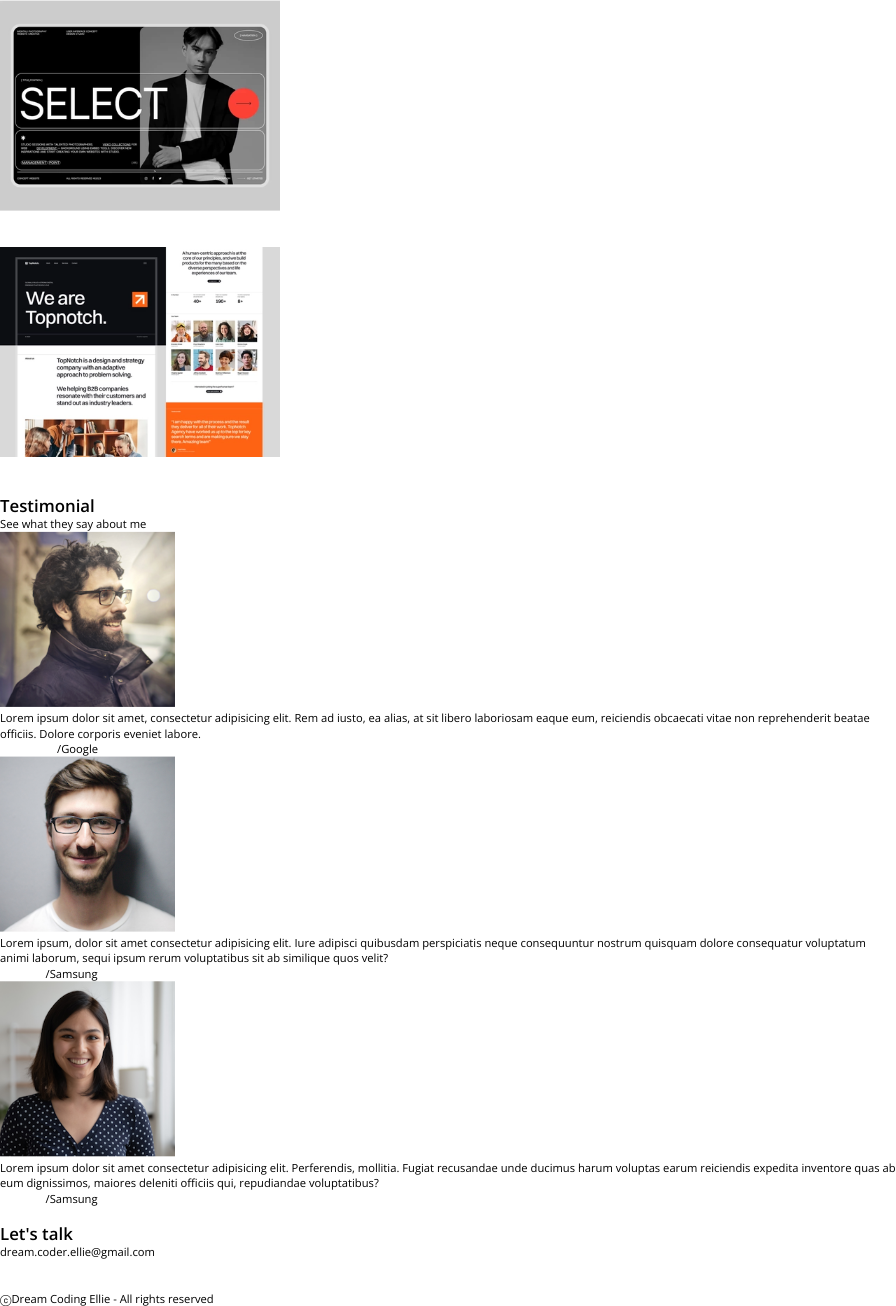
Repository: eggmoon/eggmoon_new
Page: index.html
An editor plug-in stored every save of this project. The page is shown before and after the next save, followed by the edit.
The browser window is 1280 px wide. The pictures show the part of the page from y = 3967 to 5887 px (the page is 5833 px tall before and 5887 px after), at 70% of full size.
Some web libraries are served in a nearby version.

Above is the page before, as saved 2025-02-26 11:16:40.

### index.html
<!DOCTYPE html>
<html lang="en">
  <head>
    <meta charset="UTF-8" />
    <meta http-equiv="X-UA-Compatible" content="IE=edge" />
    <meta name="viewport" content="width=device-width, initial-scale=1.0" />
    <!-- SEO -->
    <title>행정심판청구서 작성 가이드</title>
    <meta
      name="description"
      content="Portfolio for world-renowned software
    engineer Ellie"
    />
    <meta name="author" content="MScho" />
    <link rel="shortcut icon" href="images/favicon.ico" type="image/x-icon" />
    <!-- OG (Open Graph Data) -->
    <meta property="og:title" content="행정정심판청구서 작성 가이드" />
    <meta property="og:type" content="website" />
    <meta property="og:url" content="https://eggmoon.github.io/eggmoon/"/>
    <meta property="og:image" content="배포후에 생성된 이미지 URL" />
    <!-- Google Fonts -->
    <link rel="preconnect" href="https://fonts.googleapis.com" />
    <link rel="preconnect" href="https://fonts.gstatic.com" crossorigin />
    <link
      href="https://fonts.googleapis.com/css2?family=Open+Sans:wght@400;600&display=swap"
      rel="stylesheet"
    />
    <!-- Font Awesome -->
    <script
      src="https://kit.fontawesome.com/9eb162ac0d.js"
      crossorigin="anonymous"
    ></script>
    <!-- CSS -->
    <link rel="stylesheet" href="css/style.css" />
    <!-- Javascript -->
    <script src="src/main.js" defer></script>
  </head>
  <body>
    <!-- Header -->
    <header class="header">
      <div class="header__logo">
        <img class="header__logo__img" src="images/favicon.ico" alt="logo" />
        <h1 class="header__logo__title"><a href="#">조미성 행정사사무소</a></h1>
      </div>
      <nav>
        <ul class="header__menu">
          <li><a class="header__menu__item active" href="#home">작성 Flow</a></li>
          <li><a class="header__menu__item" href="#about">사실관계 확인</a></li>
          <li><a class="header__menu__item" href="#skills">법령 포섭</a></li>
          <li><a class="header__menu__item" href="#work">사실의 재구성</a></li>
          <li><a class="header__menu__item" href="#testimonial">비례의 원칙</a></li>
          <li><a class="header__menu__item" href="#contact">청구서 작성</a></li>
        </ul>
      </nav>
    </header>
    <!-- Main -->
    <main>
      <!-- Home -->
      <section id="home" class="section">
        <img class="home__logo" src="images/favicon.ico" alt="Ellie's profile" />
        <h2 class="home__title"><strong class="home__title--strong">행정심판청구서</strong> <br> 작성 가이드</h2>
        <p class="home__description">사실관계 확정과 비례의 원칙을 중심으로</p>
        <a class="home__contact" href="#contact">조미성 행정사사무소</a>
      </section>
      <!-- About -->
      <section id="about" class="sections">
        <h2 class="title">0. 작성 Flow</h2>
        <p>
          사실관계 및 법령의 확인
        </p>
        <ul>
          <li>
            <i class="fa-brands fa-html5"></i>
            <p>Front-end</p>
            <p>HTML, CSS, JavaScript, TypeScript, React, Vue, Web APIs</p>
          </li>
          <li>
            <i class="fa-solid fa-mobile"></i>
            <p>Mobile</p>
            <p>Android, iOS, React Navtive, Flutter, Java, Swift, Kotlin</p>
          </li>
          <li>
            <i class="fa-solid fa-server"></i>
            <p>Back-end</p>
            <p>Java, JavaScript, Go, NodeJs, Rest APIs, GraphQL</p>
          </li>
        </ul>
        <ul>
          <li>
            <img src="images/jobs/google.png" alt="google logo" />
            <div>
              <p>Google as Senior Software Engineer</p>
              <p>2019 Oct - Until now</p>
            </div>
          </li>
          <li>
            <img src="images/jobs/samsung.png" alt="samsung logo" />
            <div>
              <p>Samsung as Software Engineer</p>
              <p>2014 Sept - 2019 Oct</p>
            </div>
          </li>
        </ul>
      </section>
      <!-- Skills -->
      <section id="skills" class="sections">
        <h2 class="title">My Skills</h2>
        <p>Skills & Attributes</p>
        <p>
          Lorem ipsum dolor sit, amet consectetur adipisicing elit. Alias
          doloremque sint deleniti vel quod itaque molestias, suscipit dolor
          cupiditate saepe rem minima, amet ipsum accusantium architecto
          laboriosam dolore id necessitatibus?
        </p>
        <div>
          <section>
            <h3>Coding Skills</h3>
            <ul>
              <li>
                <div><span>HTML</span><span>98%</span></div>
                <div><div style="width: 98%"></div></div>
              </li>
              <li>
                <div><span>CSS</span><span>90%</span></div>
                <div><div style="width: 90%"></div></div>
              </li>
              <li>
                <div><span>JavaScript</span><span>90%</span></div>
                <div><div style="width: 90%"></div></div>
              </li>
              <li>
                <div><span>TypeScript</span><span>80%</span></div>
                <div><div style="width: 80%"></div></div>
              </li>
              <li>
                <div><span>React</span><span>79%</span></div>
                <div><div style="width: 79%"></div></div>
              </li>
              <li>
                <div><span>NodeJs</span><span>68%</span></div>
                <div><div style="width: 68%"></div></div>
              </li>
            </ul>
          </section>
          <section>
            <h3>Tools</h3>
            <ul>
              <li>Visual Studio Code</li>
              <li>IntelliJ</li>
              <li>Android Studio Code</li>
              <li>iOS development tools</li>
              <li>Sketch app</li>
            </ul>
          </section>
          <section>
            <h3>Etc</h3>
            <ul>
              <li>Git</li>
              <li>Scrum Master</li>
              <li>Math</li>
            </ul>
          </section>
        </div>
      </section>
      <!-- Work -->
      <section id="work" class="sections">
        <h2 class="title">My work</h2>
        <p>Projects</p>
        <ul>
          <li>
            <button>All <span>8</span></button>
          </li>
          <li>
            <button>Front-end <span>3</span></button>
          </li>
          <li>
            <button>Back-end <span>3</span></button>
          </li>
          <li>
            <button>Mobile <span>2</span></button>
          </li>
        </ul>
        <ul>
          <li>
            <a href="#" target="_blank">
              <img src="images/projects/project1.webp" alt="project1" />
              <div>
                <h3>Project #1</h3>
                <p>Clone Coding with HTML, CSS</p>
              </div>
            </a>
          </li>
          <li>
            <a href="#" target="_blank">
              <img src="images/projects/project2.webp" alt="project2" />
              <div>
                <h3>Project #2</h3>
                <p>Clone Coding with HTML, CSS</p>
              </div>
            </a>
          </li>
          <li>
            <a href="#" target="_blank">
              <img src="images/projects/project3.webp" alt="project3" />
              <div>
                <h3>Project #3</h3>
                <p>Clone Coding with HTML, CSS</p>
              </div>
            </a>
          </li>
          <li>
            <a href="#" target="_blank">
              <img src="images/projects/project4.webp" alt="project4" />
              <div>
                <h3>Project #4</h3>
                <p>Clone Coding with HTML, CSS</p>
              </div>
            </a>
          </li>
          <li>
            <a href="#" target="_blank">
              <img src="images/projects/project5.webp" alt="project5" />
              <div>
                <h3>Project #5</h3>
                <p>Clone Coding with HTML, CSS</p>
              </div>
            </a>
          </li>
          <li>
            <a href="#" target="_blank">
              <img src="images/projects/project6.webp" alt="project6" />
              <div>
                <h3>Project #6</h3>
                <p>Clone Coding with HTML, CSS</p>
              </div>
            </a>
          </li>
          <li>
            <a href="#" target="_blank">
              <img src="images/projects/project7.webp" alt="project7" />
              <div>
                <h3>Project #7</h3>
                <p>Clone Coding with HTML, CSS</p>
              </div>
            </a>
          </li>
          <li>
            <a href="#" target="_blank">
              <img src="images/projects/project8.webp" alt="project8" />
              <div>
                <h3>Project #8</h3>
                <p>Clone Coding with HTML, CSS</p>
              </div>
            </a>
          </li>
        </ul>
      </section>
      <!-- Testimonials -->
      <section id="testimonial" class="sections">
        <h2>Testimonial</h2>
        <p>See what they say about me</p>
        <ul>
          <li>
            <img src="images/testimonials/people1.webp" alt="people1" />
            <div>
              <p>
                Lorem ipsum dolor sit amet, consectetur adipisicing elit. Rem ad
                iusto, ea alias, at sit libero laboriosam eaque eum, reiciendis
                obcaecati vitae non reprehenderit beatae officiis. Dolore
                corporis eveniet labore.
              </p>
              <p><a href="#">James Kim</a> /Google</p>
            </div>
          </li>
          <li>
            <img src="images/testimonials/people2.webp" alt="people2" />
            <div>
              <p>
                Lorem ipsum, dolor sit amet consectetur adipisicing elit. Iure
                adipisci quibusdam perspiciatis neque consequuntur nostrum
                quisquam dolore consequatur voluptatum animi laborum, sequi
                ipsum rerum voluptatibus sit ab similique quos velit?
              </p>
              <p><a href="#">Anna Jin</a> /Samsung</p>
            </div>
          </li>
          <li>
            <img src="images/testimonials/people3.webp" alt="people3" />
            <div>
              <p>
                Lorem ipsum dolor sit amet consectetur adipisicing elit.
                Perferendis, mollitia. Fugiat recusandae unde ducimus harum
                voluptas earum reiciendis expedita inventore quas ab eum
                dignissimos, maiores deleniti officiis qui, repudiandae
                voluptatibus?
              </p>
              <p><a href="#">Anna Jin</a> /Samsung</p>
            </div>
          </li>
        </ul>
      </section>
      <!-- Arrow up -->
      <aside>
        <a href="#home" title="back to top">
          <i class="fa-solid fa-arrow-up"></i>
        </a>
      </aside>
    </main>
    <!-- Footer -->
    <footer id="contact" class="sections">
      <h2>Let&#39;s talk</h2>
      <p>dream.coder.ellie@gmail.com</p>
      <ul>
        <li>
          <a
            href="https://github.com/dream-ellie"
            target="_blank"
            title="my github link"
          >
            <i class="fa-brands fa-github"></i>
          </a>
        </li>
        <li>
          <a
            href="https://github.com/dream-ellie"
            target="_blank"
            title="my linkedin link"
          >
            <i class="fa-brands fa-linkedin"></i>
          </a>
        </li>
      </ul>
      <p>ⓒDream Coding Ellie - All rights reserved</p>
    </footer>
  </body>
</html>

### css/style.css
/* Global */
:root {
/* App Colors */
  --color-primary: var(--color-black);
  --color-primary-variant: var(--color-gray);
  --color-accent: var(--color-blue);
  --color-accent-variant: var(--color-orange);
  --color-text: var(--color-white);
  /* Colors */
  --color-white: #ffffff;
  --color-black: #050a13;
  --color-blue: #03e8f9;
  --color-orange: #fd6413;
  --color-gray: #1b1e26;
}
*{
  box-sizing: border-box;
}
body {
  font-family: 'Open Sans', sans-serif;
  margin: 0;
}
h1, h2, h3, p, ul {
  margin: 0;
}

ul {
  list-style: none;
  padding: 0;
}

a{
  text-decoration: none;
  color: var(--color-text);
}

button{
  background-color: transparent;
  outline: 0;
  border: 0;
}

button:focus {
  outline: 1px solid var(--color-blue);
}

/* Common */
.section{
  padding: 4rem;
  text-align: center;
}

.title{
  font-size: 2.5rem;
  margin: 1rem 0;

}

.description{

}

/* Header */
.header{
  position: fixed;
  background-color: var(--color-black);
  top: 0;
  width: 100%;
  padding:1rem;
  display: flex;
  justify-content: space-between;
  align-items: center;
}

.header__logo{
  display:flex;
  align-items: center;
  gap: 8px
}

.header__logo__img{
  width: 36px;
  height: 36px;
}

.header__logo__title {
  font-size: 1.8rem;
}

.header__menu{
  display:flex;
  gap: 4px;
}
.header__menu__item{
  padding: 8px 16px;
}
.header__menu__item:hover{
  border-bottom: 1px solid var(--color-accent);
}
.header__menu__item.active{
  border: 1px solid var(--color-accent);
}
/* Home */
#home{
  background-color: var(--color-primary);
  color: var(--color-text);
  padding: 5rem 1rem;
  padding-top: 7rem;
  text-align: center;
}
.home__logo{
 width: 250px;
 height: 250px;
 object-fit: contain;
 border: 3px solid var(--color-accent);
 border-radius: 50%;
}
.home__title{
 font-size:3rem;
 margin-bottom: 1rem;

}
.home__title--strong{
  color: var(--color-accent);
}
/* .home__description{

} */

.home__contact{
  display: inline-block;
  background-color: var(--color-accent);
  color: var(--color-black);
  padding: 0.5rem 1rem;
  font-weight: bold;
  border-radius: 4px;
}

.home__contact:hover{
    /* hover 밀림 현상 해결: width, height을 주거나 outline으로 해결함 */
  background-color:transparent;
  outline: 1px solid var(--color-accent);
  color: var(--color-text);

}

Loaded but not shown: src/main.js (no copy from this time; the picture is the same without it)

After the next save:
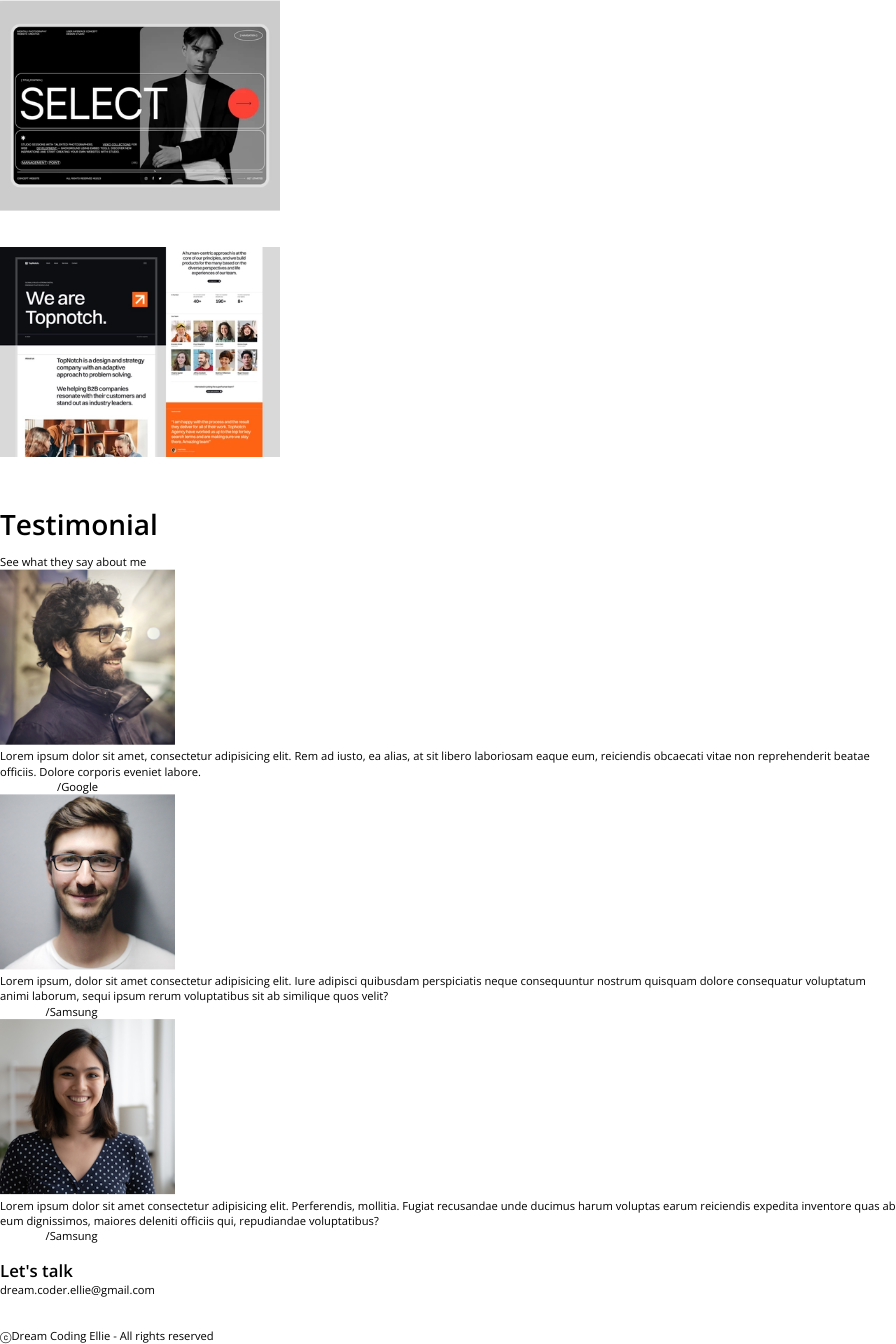
Saved 14 s later.
--- a/index.html
+++ b/index.html
@@ -257,7 +257,7 @@
       </section>
       <!-- Testimonials -->
       <section id="testimonial" class="sections">
-        <h2>Testimonial</h2>
+        <h2 class="title">Testimonial</h2>
         <p>See what they say about me</p>
         <ul>
           <li>
